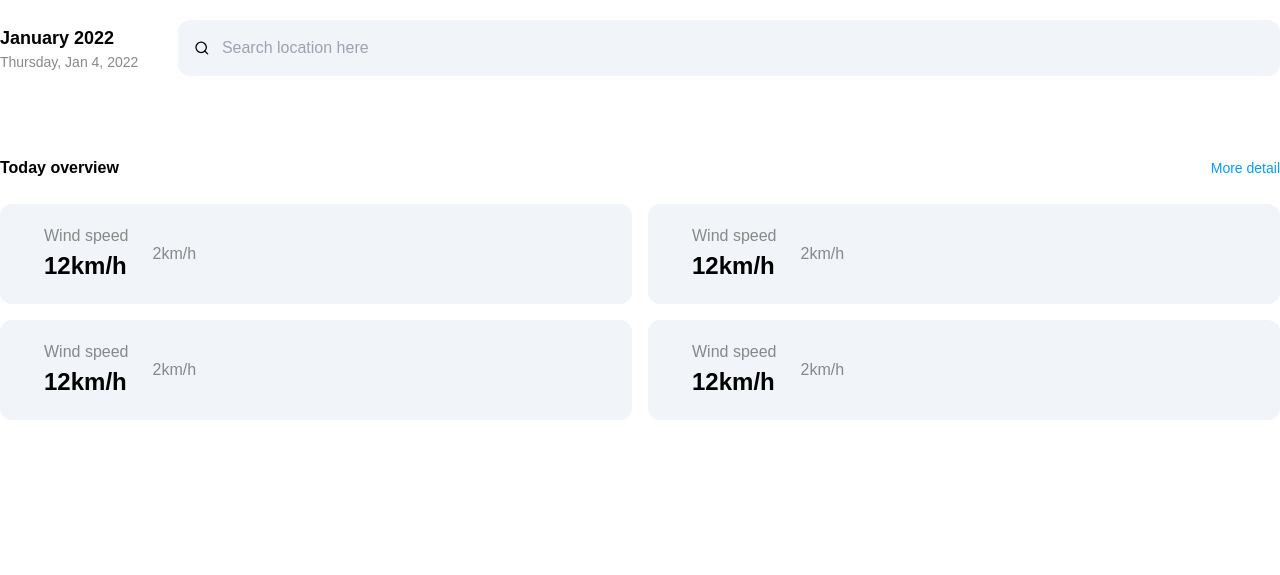
Repository: theweirdboiz/datawarehouse-ui
Page: /
An editor plug-in stored every save of this project. The page is shown before and after the next save, followed by the edit.
The browser window is 1280 px wide. The pictures show the whole page.
The project was rebuilt for these pictures with package versions that can differ from the ones it lists, and the page was loaded fresh each time. Also part of the build but not shown: vite.config.js.

Above is the page before, as saved 2022-11-23 16:30:32.

### index.html
<!DOCTYPE html>
<html lang="en">
  <head>
    <meta charset="UTF-8" />
    <link rel="icon" type="image/svg+xml" href="/vite.svg" />
    <meta name="viewport" content="width=device-width, initial-scale=1.0" />
    <title>Weather - Datawarehouse</title>
  </head>
  <body>
    <div id="root"></div>
    <script type="module" src="/src/main.jsx"></script>
  </body>
</html>

### src/App.jsx
import { useState } from "react";
import { FiSearch } from "react-icons/fi";

function App() {
  const date = "font-[900] text-lg";
  const detailDate = "text-sm text-[#888]";

  const contentTop = "mt-[20px] flex items-center gap-x-10 mb-20";
  const contentSearch =
    "content__search p-4 flex items-center gap-x-3 flex-1 rounded-xl bg-slate-100";

  return (
    <div className="container mx-auto">
      <div className="">
        <section className="content">
          <div className={contentTop}>
            <div className="flex-col">
              <h3 className={date}>January 2022</h3>
              <div className={detailDate}>Thursday, Jan 4, 2022</div>
            </div>
            <div className={contentSearch}>
              <FiSearch />
              <input
                className="w-full bg-transparent"
                type="text"
                placeholder="Search location here"
              />
            </div>
          </div>
          <div className="content__detail">
            <div className="flex items-center justify-between">
              <h4 className="font-semibold">Today overview</h4>
              <div className="">
                <button className="text-sm font-medium text-[#009EFF]">
                  More detail
                </button>
              </div>
            </div>
            <div>
              <div className="content__detail-box grid grid-cols-2 gap-4 mt-6">
                <div className="content__detail-item p-5 flex items-center gap-x-6 bg-slate-100 rounded-xl">
                  <i></i>
                  <div className="speed flex flex-col">
                    <h4 className="text-[#888]">Wind speed</h4>
                    <span className="text-[24px] font-semibold">12km/h</span>
                  </div>
                  <span className="text-[#888]">2km/h</span>
                </div>
                <div className="content__detail-item p-5 flex items-center gap-x-6 bg-slate-100 rounded-xl">
                  <i></i>
                  <div className="speed flex flex-col">
                    <h4 className="text-[#888]">Wind speed</h4>
                    <span className="text-[24px] font-semibold">12km/h</span>
                  </div>
                  <span className="text-[#888]">2km/h</span>
                </div>
                <div className="content__detail-item p-5 flex items-center gap-x-6 bg-slate-100 rounded-xl">
                  <i></i>
                  <div className="speed flex flex-col">
                    <h4 className="text-[#888]">Wind speed</h4>
                    <span className="text-[24px] font-semibold">12km/h</span>
                  </div>
                  <span className="text-[#888]">2km/h</span>
                </div>
                <div className="content__detail-item p-5 flex items-center gap-x-6 bg-slate-100 rounded-xl">
                  <i></i>
                  <div className="speed flex flex-col">
                    <h4 className="text-[#888]">Wind speed</h4>
                    <span className="text-[24px] font-semibold">12km/h</span>
                  </div>
                  <span className="text-[#888]">2km/h</span>
                </div>
              </div>
            </div>
          </div>
        </section>
      </div>
    </div>
  );
}

export default App;

### src/index.scss
@tailwind base;
@tailwind components;
@tailwind utilities;

@layer base {
  @import url("https://fonts.googleapis.com/css2?family=Poppins:wght@300;500;600;900&display=swap");

  *,
  *::before,
  *::after {
    box-sizing: border-box;
  }
  * {
    margin: 0;
    padding: 0;
  }
  body {
    line-height: 1.5;
    font-family: "Poppins", sans-serif;
  }
  img,
  picture,
  video,
  canvas,
  svg {
    display: block;
    max-width: 100%;
  }
  input,
  button,
  textarea,
  select {
    outline: none;
  }
  p,
  h1,
  h2,
  h3,
  h4,
  h5,
  h6 {
    overflow-wrap: break-word;
  }
}

Loaded but not shown: src/main.jsx (common file); tailwind.config.cjs (common file)

After the next save:
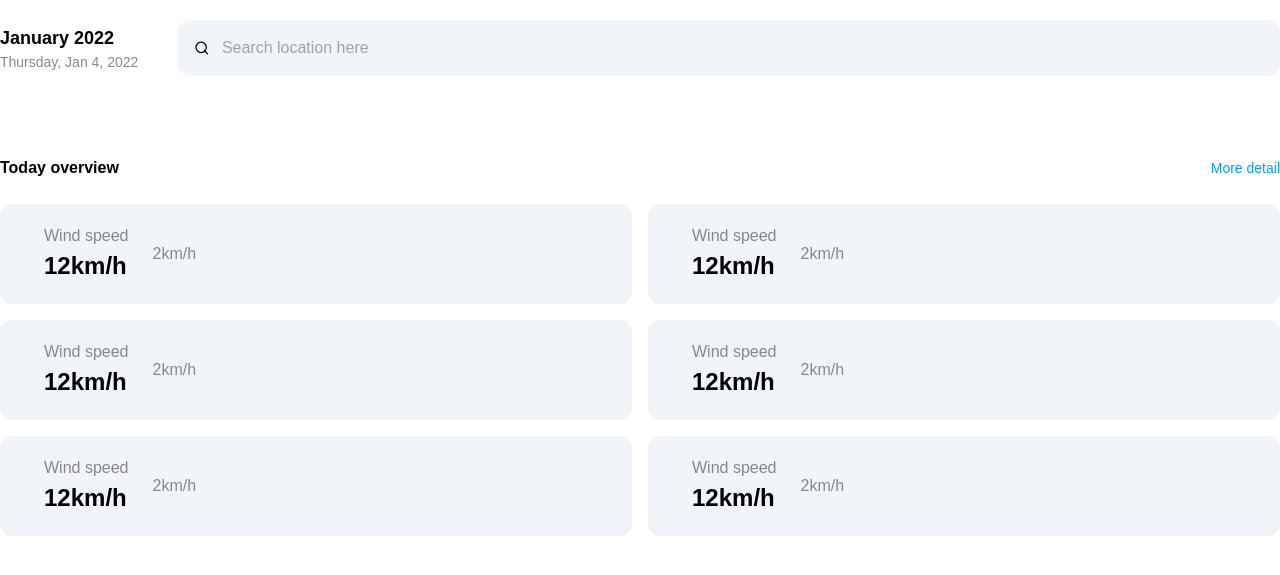
Saved 83 s later.
--- a/src/App.jsx
+++ b/src/App.jsx
@@ -70,6 +70,22 @@ function App() {
                   </div>
                   <span className="text-[#888]">2km/h</span>
                 </div>
+                <div className="content__detail-item p-5 flex items-center gap-x-6 bg-slate-100 rounded-xl">
+                  <i></i>
+                  <div className="speed flex flex-col">
+                    <h4 className="text-[#888]">Wind speed</h4>
+                    <span className="text-[24px] font-semibold">12km/h</span>
+                  </div>
+                  <span className="text-[#888]">2km/h</span>
+                </div>
+                <div className="content__detail-item p-5 flex items-center gap-x-6 bg-slate-100 rounded-xl">
+                  <i></i>
+                  <div className="speed flex flex-col">
+                    <h4 className="text-[#888]">Wind speed</h4>
+                    <span className="text-[24px] font-semibold">12km/h</span>
+                  </div>
+                  <span className="text-[#888]">2km/h</span>
+                </div>
               </div>
             </div>
           </div>
